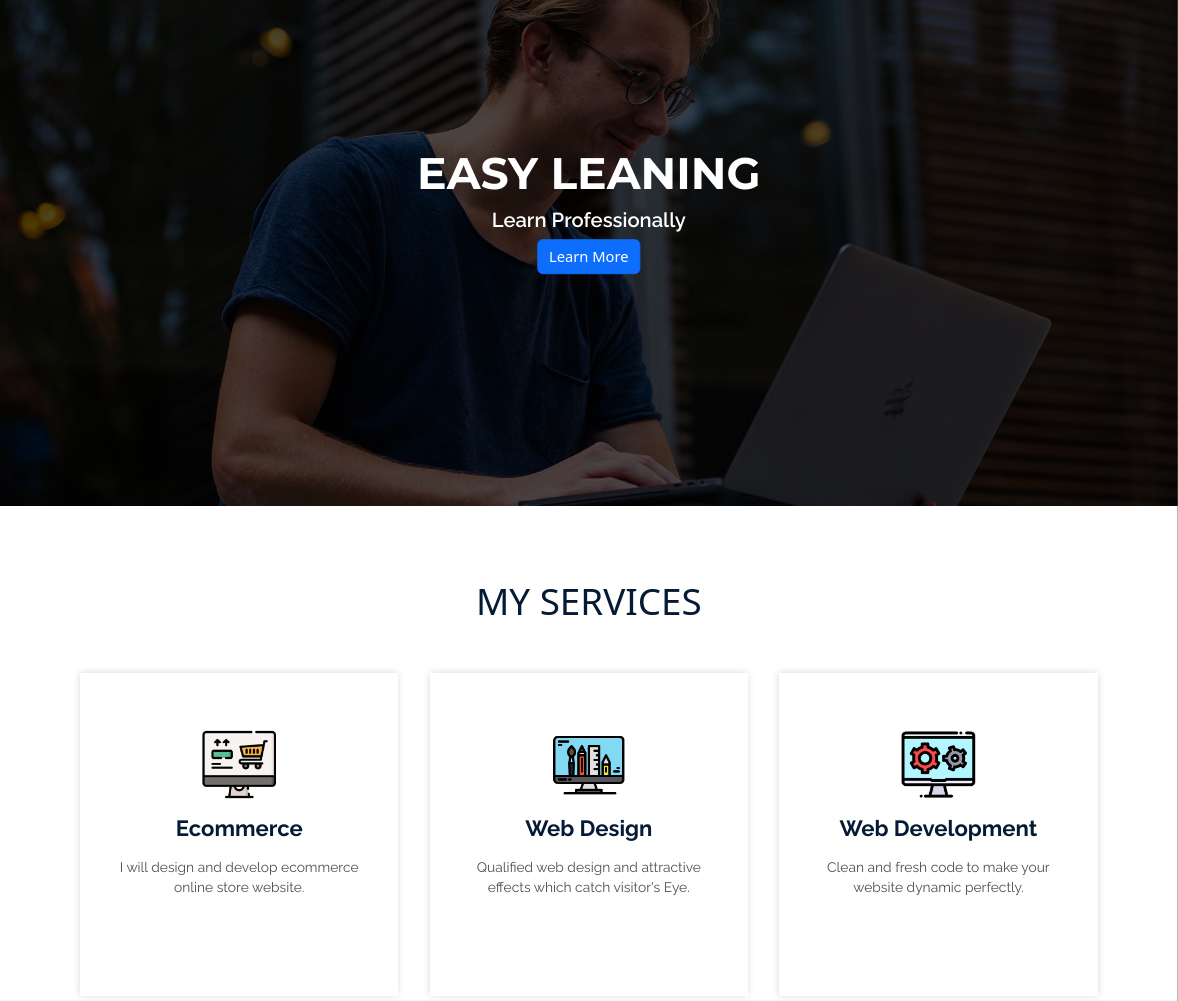
Repository: masamichan/free_video_app
Page: /
The author's editor kept a copy of each file at every save. The page is drawn from the files as they stood at one save, then again after the next save.
The browser window is 1280 px wide. The pictures show the whole page, at 92% of full size.
Backgrounds fixed to the window are drawn as part of the page. The project was rebuilt for these pictures with package versions that can differ from the ones it lists, and the page was loaded fresh each time.

Above is the page before, as saved 2023-01-22 13:14:51.

### public/index.html
<!DOCTYPE html>
<html lang="en">
  <head>
    <meta charset="utf-8" />
    <link rel="icon" href="%PUBLIC_URL%/icon.png" />
    <meta name="viewport" content="width=device-width, initial-scale=1" />
    <meta name="theme-color" content="#000000" />
    <meta
      name="description"
      content="Web site created using create-react-app"
    />

    <link rel="manifest" href="%PUBLIC_URL%/manifest.json" />

    <link rel="preconnect" href="https://fonts.googleapis.com">
    <link rel="preconnect" href="https://fonts.gstatic.com" crossorigin>
    <link
      href="https://fonts.googleapis.com/css2?family=Montserrat:wght@400;700;800&family=Raleway:wght@300;400;600;700&display=swap"
      rel="stylesheet">

    <title>Easy Leaning</title>
  </head>
  <body>
    <noscript>You need to enable JavaScript to run this app.</noscript>
    <div style="width: 100%;" id="root"></div>

  </body>
</html>

### src/App.js
import React from "react";
import Services from "./components/Services/Services";
import { TopBanner } from "./components/TopBanner/TopBanner";

function App() {
  return (
    <div>
      <TopBanner />
      <Services />
    </div>
  );
}

export default App;

### src/components/Services/Services.jsx
import React, { Component, Fragment } from "react";
import { Col, Container, Row } from "react-bootstrap";
import designIcon from "../../asset/image/design.png";
import ecommerceIcon from "../../asset/image/ecommerce.png";
import webIcon from "../../asset/image/web.png";

export class Services extends Component {
  render() {
    return (
      <Fragment>
        <Container className="text-center">
          <h1 className="serviceMainTitle">MY SERVICES</h1>
          <Row>
            <Col lg={4} md={6} sm={12}>
              <div className="serviceCard text-center">
                <img className="ecommerceIcon" src={ecommerceIcon} />
                <h2 className="serviceName">Ecommerce</h2>
                <p className="serviceDescription">
                  I will design and develop ecommerce online store website.
                </p>
              </div>
            </Col>
            <Col lg={4} md={6} sm={12}>
              <div className="serviceCard text-center">
                <img className="designIcon" src={designIcon} />
                <h2 className="serviceName">Web Design</h2>
                <p className="serviceDescription">
                  Qualified web design and attractive effects which catch
                  visitor's Eye.
                </p>
              </div>
            </Col>
            <Col lg={4} md={6} sm={12}>
              <div className="serviceCard text-center">
                <img className="webIcon" src={webIcon} />
                <h2 className="serviceName">Web Development</h2>
                <p className="serviceDescription">
                  Clean and fresh code to make your website dynamic perfectly.
                </p>
              </div>
            </Col>
          </Row>
        </Container>
      </Fragment>
    );
  }
}

export default Services;

### src/components/TopBanner/TopBanner.jsx
import React, { Component, Fragment } from "react";
import { Button, Col, Container, Row } from "react-bootstrap";
import "../../asset/css/custom.css";
import "../../asset/css/bootstrap.css";

export class TopBanner extends Component {
  render() {
    return (
      <Fragment>
        <Container fluid={true} className="topFixedBanner p-0">
          <div className="topBannerOverlay">
            <Container className="topContent">
              <Row>
                <Col className="text-center">
                  <h1 className="topTitle">EASY LEANING</h1>
                  <h4 className="topSubTitle">Learn Professionally</h4>
                  <Button variant="primary">Learn More</Button>
                </Col>
              </Row>
            </Container>
          </div>
        </Container>
      </Fragment>
    );
  }
}

export default TopBanner;

### src/asset/css/custom.css
.topFixedBanner {
  background-image: url("../image/banner.jpg");
  min-height: 550px;
  background-attachment: fixed;
  background-position: center;
  background-repeat: no-repeat;
  background-size: cover;
}
.topBannerOverlay {
  position: absolute;
  min-height: 550px;
  width: 100%;
  background: rgb(0, 0, 0, 0.7);
}

.topContent {
  margin-top: 10em;
}

.topTitle {
  font-family: "Montserrat", sans-serif;
  font-weight: 700;
  color: #ffffff;
  font-size: 48px;
}

.topSubTitle {
  font-family: "Raleway", san-serif;
  font-weight: 600;
  color: #ffffff;
  font-size: 22px;
}

.ecommerceIcon {
  height: 80px;
  width: 80px;
}

.designIcon {
  height: 80px;
  width: 80px;
}

.webIcon {
  height: 80px;
  width: 80px;
}

.serviceCard {
  margin: 5px 5px 5px 5px;
  height: 22rem;
  padding: 60px 30px 60px 30px;
  box-shadow: 0 0 8px 0 rgb(4, 55, 105, 0.2);
}

.serviceCard:hover {
  margin: 5px 5px 5px 5px;
  height: 22rem;
  padding: 60px 30px 60px 30px;
  box-shadow: 0 0 16px 0 rgb(4, 55, 105, 0.2);
}

.serviceName {
  color: #051b35;
  margin-top: 1rem;
  font-family: "Raleway", sans-serif;
  font-size: 24px;
  font-weight: 700;
}

.serviceDescription {
  color: #505050;
  margin-top: 1rem;
  font-family: "Raleway", sans-serif;
  font-size: 15px;
  font-weight: 400;
}

.serviceMainTitle {
  color: #051b35;
  margin-top: 5rem;
  margin-bottom: 3rem;
}

Loaded but not shown: src/index.js (common file); src/asset/css/bootstrap.css (library)

After the next save:
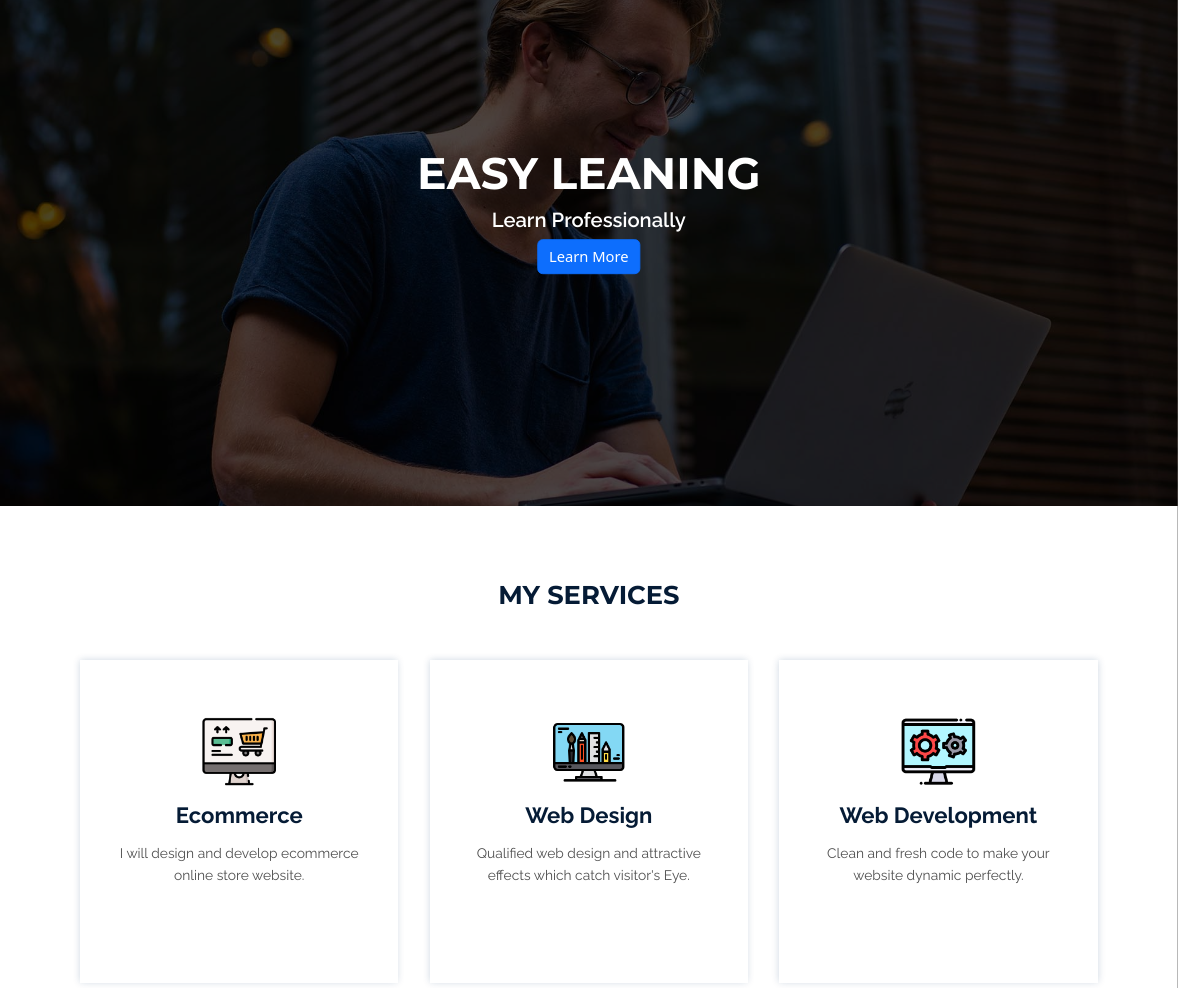
Saved 2 min 13 s later.
--- a/src/asset/css/custom.css
+++ b/src/asset/css/custom.css
@@ -80,4 +80,7 @@
   color: #051b35;
   margin-top: 5rem;
   margin-bottom: 3rem;
+  font-family: "Montserrat", sans-serif;
+  font-weight: 700;
+  font-size: 28px;
 }
